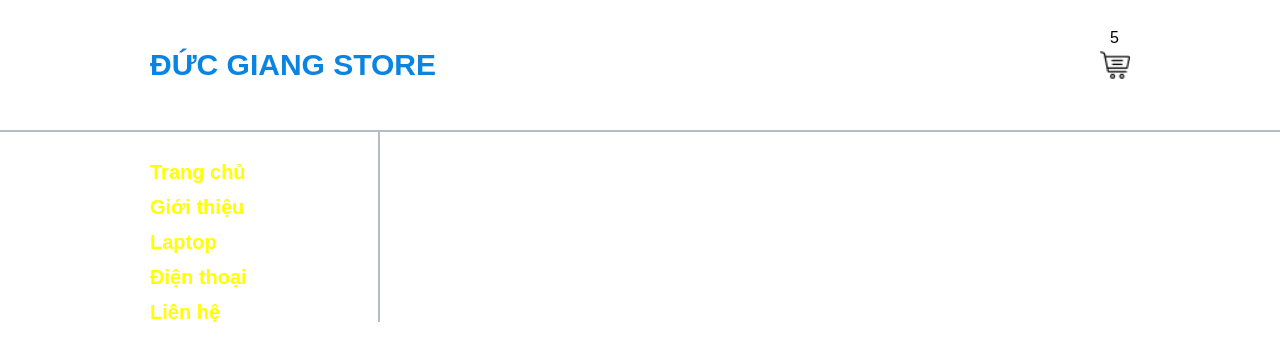
Repository: Giangattt123/PHP
Page: http://localhost/?page=home
These files come from the project's save history. The page is drawn as it stood at one moment and after the next save; the edit follows.
The browser window is 1280 px wide. The pictures show the whole page.
Some web libraries are served in a nearby version. The page is run by PHP 8.4 with error messages shown; the project is at /var/www/html/.

Above is the page before, as saved 2023-03-17 23:13:05.

### PHP_Shopping-Cart/Shopping_Cart/index.php
<?php
    require 'inc/header.php';
?>

### PHP_Shopping-Cart/Shopping_Cart/inc/header.php
<!DOCTYPE html>
<html lang="en">

<head>
    <meta charset="UTF-8">
    <meta http-equiv="X-UA-Compatible" content="IE=edge">
    <meta name="viewport" content="width=device-width, initial-scale=1.0">
    <title>ĐỨC GIANG STORE</title>
    <link rel="stylesheet" href="public/css/reset.css">
    <link rel="stylesheet" href="public/css/style.css">
    <link rel="stylesheet" href="https://cdnjs.cloudflare.com/ajax/libs/font-awesome/6.3.0/css/all.min.css"
        integrity="sha512-SzlrxWUlpfuzQ+pcUCosxcglQRNAq/DZjVsC0lE40xsADsfeQoEypE+enwcOiGjk/bSuGGKHEyjSoQ1zVisanQ=="
        crossorigin="anonymous" referrerpolicy="no-referrer" />
    <script src="public/js/main.js"></script>
</head>

<body>
    <div class="wrapper">
        <div class="wrapper-content">
            <div class="header">
                <div class="header-content">
                    <div class="item-left">
                        <a href="?page=home" class="logo">ĐỨC GIANG STORE</a>
                    </div>
                    <div class="item-right">
                        <div class="cart">
                            <a href="" class="cart-icon">
                                <img src="public/images/icon-cart.png" alt="Icon_Cart" class="icon-image">
                            </a>
                            <span class="cart-number">5</span>
                        </div>
                    </div>
                </div>
            </div>
            <!-- end header -->
            <div class="content">
                <div class="content-container">
                    <div class="menu-select">
                        <ul class="menu">
                            <li class="menu-item">
                                <a href="" class="active" onclick="toggleActive(this)">Trang chủ</a>
                            </li>
                            <li class="menu-item">
                                <a href="" class="active" onclick="toggleActive(this)">Giới thiệu</a>
                            </li>
                            <li class="menu-item">
                                <a href="" class="active" onclick="toggleActive(this)">Laptop</a>
                            </li>
                            <li class="menu-item">
                                <a href="" class="active" onclick="toggleActive(this)">Điện thoại</a>
                            </li>
                            <li class="menu-item">
                                <a href="" class="active" onclick="toggleActive(this)">Liên hệ</a>
                            </li>
                        </ul>
                    </div>

                    <div class="menu-content">

                    </div>
                </div>
            </div>
            <!-- end content -->
            <div class="footer">

            </div>
            <!-- end footer -->
        </div>
    </div>


</body>

</html>

### PHP_Shopping-Cart/Shopping_Cart/public/css/style.css
* {
  box-sizing: border-box;
}
html {
  font-size: 62.5%;
}
body {
  font-family: "Poppins", sans-serif;
  font-size: 1.6rem;
  font-weight: normal;
}
img {
  display: block;
  max-width: 100%;
}
.header-content {
  display: flex;
  justify-content: space-between;
  margin-left: 150px;
  margin-right: 150px;
  padding: 50px 0px;
  /* border-bottom: 1px solid #f00; */
}
.item-left .logo {
  font-size: 3rem;
  color: #0984e3;
  font-weight: bold;
}
.cart {
  position: relative;
  display: flex;
  align-items: center;
}
.cart .cart-icon .icon-image {
  width: 30px;
  height: 30px;
}
.cart .cart-number {
  position: absolute;
  top: -20px;
  left: 10px;
}
.header {
  border-bottom: 2px solid #b2bec3;
}
.content-container {
  display: flex;
}
.menu-select {
  width: 18%;
  margin-left: 150px;
  font-size: 2rem;
  /* margin-top: 30px; */
  border-right: 2px solid #b2bec3;
}
.menu-select ul.menu li:not(:first-child) {
  margin-top: 15px;
  color: #0984e3;
}
.menu {
  margin-top: 30px;
}
a {
  color: #596275;
  font-weight: bold;
}
.active {
  color: yellow;
}

### PHP_Shopping-Cart/Shopping_Cart/public/js/main.js
function toggleActive(selected) {
  let actives = document.querySelectorAll(".active");
  for (let i = 0; i < actives.length; i++) {
    actives[i].classList.remove("active");
  }
  selected.classList.add("active");
}

Loaded but not shown: PHP_Shopping-Cart/Shopping_Cart/public/css/reset.css (common file)

After the next save:
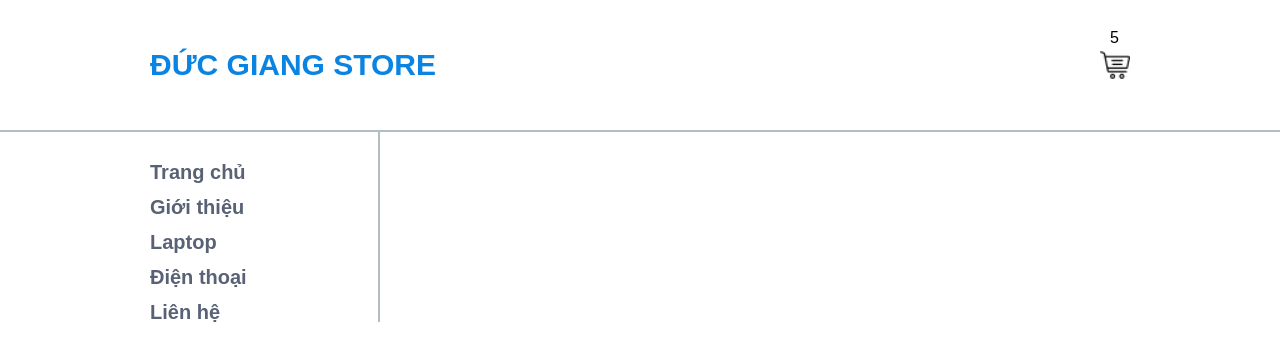
Saved 43 s later.
--- a/PHP_Shopping-Cart/Shopping_Cart/inc/header.php
+++ b/PHP_Shopping-Cart/Shopping_Cart/inc/header.php
@@ -38,19 +38,19 @@
                     <div class="menu-select">
                         <ul class="menu">
                             <li class="menu-item">
-                                <a href="" class="active" onclick="toggleActive(this)">Trang chủ</a>
+                                <a href="" class="cards" onclick="toggleActive(this)">Trang chủ</a>
                             </li>
                             <li class="menu-item">
-                                <a href="" class="active" onclick="toggleActive(this)">Giới thiệu</a>
+                                <a href="" class="cards" onclick="toggleActive(this)">Giới thiệu</a>
                             </li>
                             <li class="menu-item">
-                                <a href="" class="active" onclick="toggleActive(this)">Laptop</a>
+                                <a href="" class="cards" onclick="toggleActive(this)">Laptop</a>
                             </li>
                             <li class="menu-item">
-                                <a href="" class="active" onclick="toggleActive(this)">Điện thoại</a>
+                                <a href="" class="cards" onclick="toggleActive(this)">Điện thoại</a>
                             </li>
                             <li class="menu-item">
-                                <a href="" class="active" onclick="toggleActive(this)">Liên hệ</a>
+                                <a href="" class="cards" onclick="toggleActive(this)">Liên hệ</a>
                             </li>
                         </ul>
                     </div>
